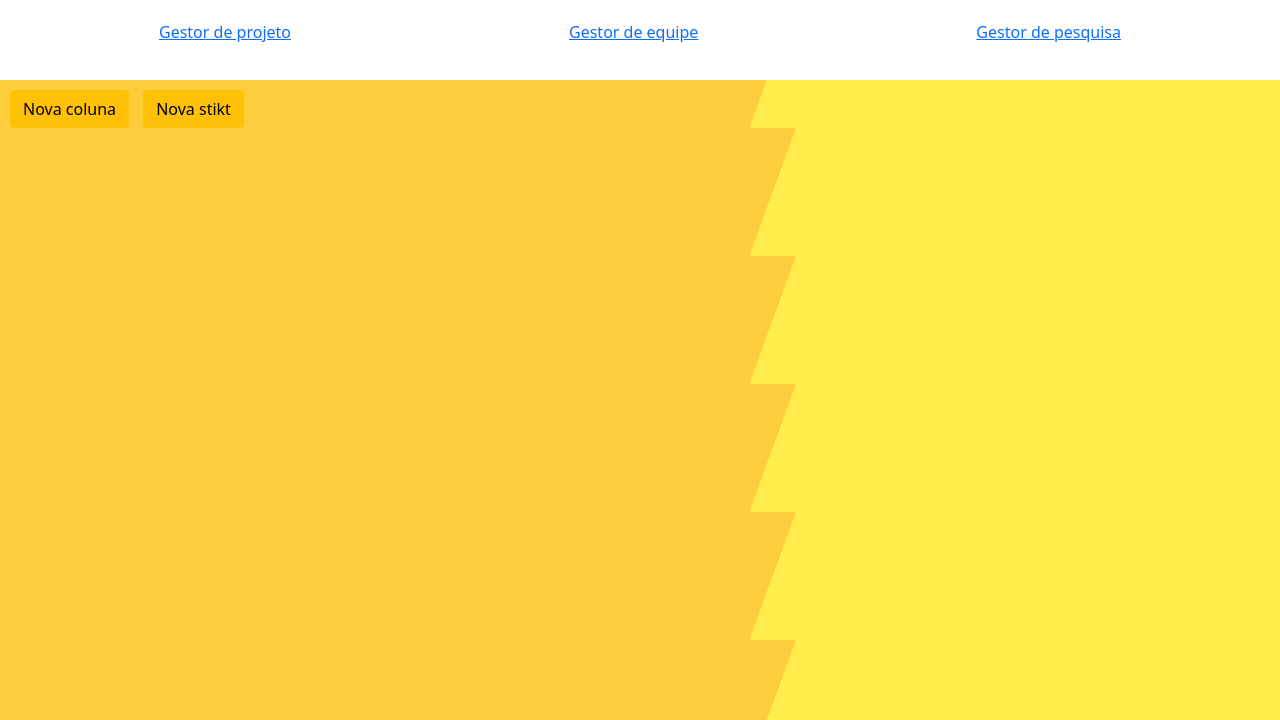
Repository: shadowruge/kanban
Page: index.html
An editor plug-in stored every save of this project. The page is shown before and after the next save, followed by the edit.
The browser window is 1280 px wide. The pictures show the whole page.

Above is the page before, as saved 2021-06-12 19:43:29.

After the next save:
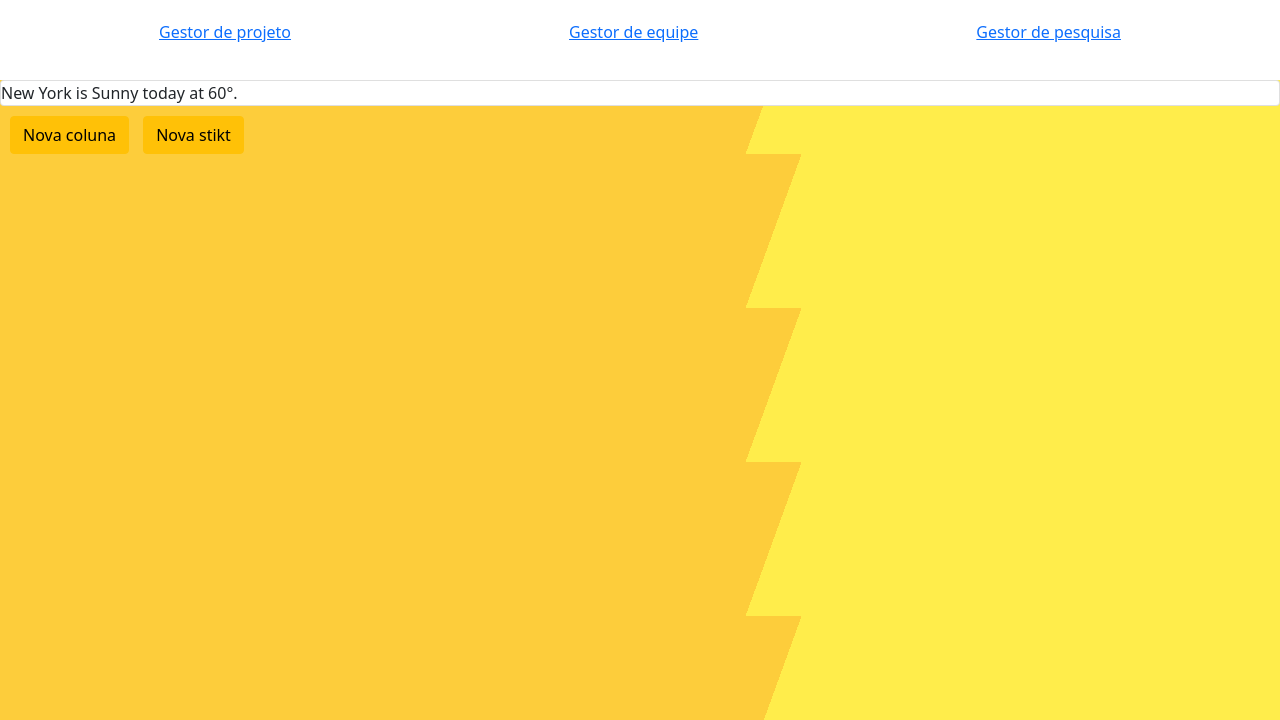
Saved 87 s later.
--- a/index.html
+++ b/index.html
@@ -23,7 +23,10 @@
   </header>
 
   <body>
-
+    <div class="card-holder">
+  <div class="card bg-gold">
+    New York is Sunny today at 60°.
+  </div>
     <!--botão-->
 
     <button type="button" class="btn btn-warning">Nova coluna</button>
